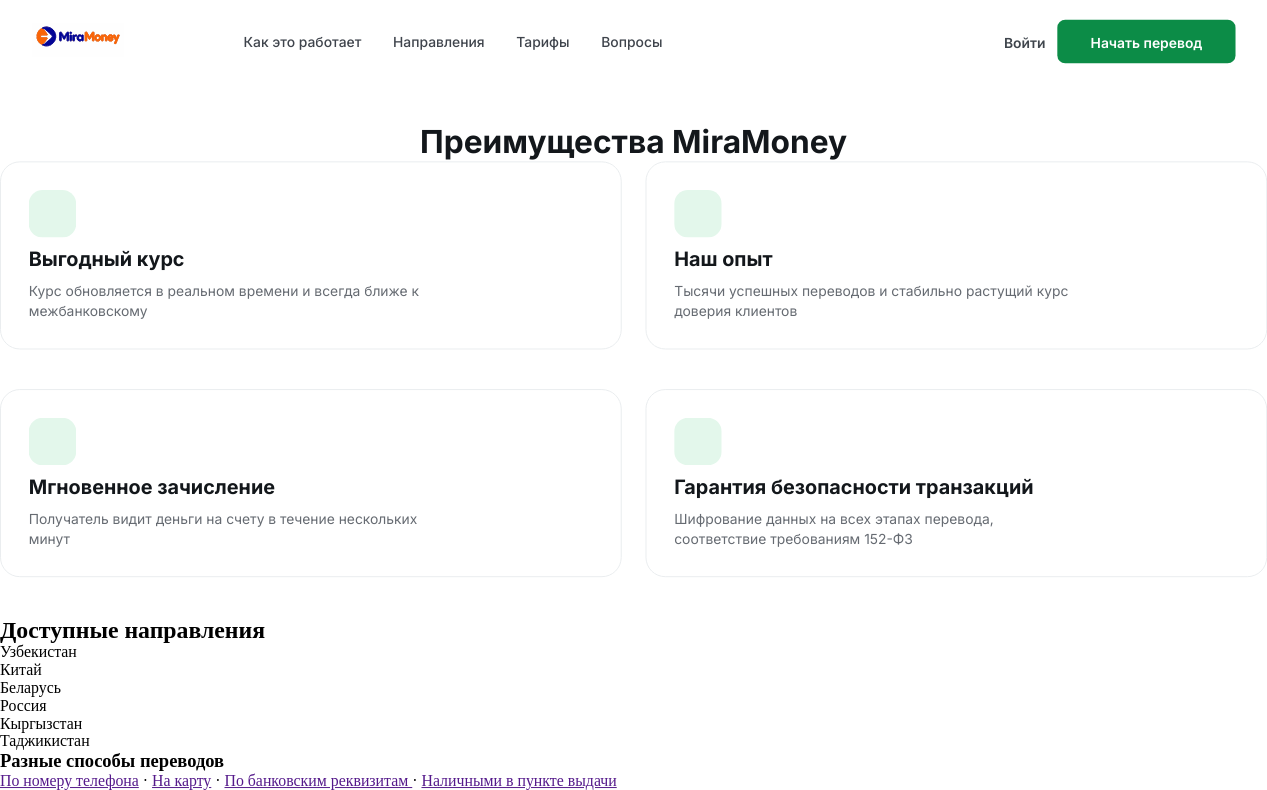
Repository: Shaiyr1/mira-money
Page: index.html
These files come from the project's save history. The page is drawn as it stood at one moment and after the next save; the edit follows.
The browser window is 1280 px wide. The pictures show the whole page, at 99% of full size.

Above is the page before, as saved 2026-10-20 16:48:35.

### index.html
<!DOCTYPE html>
<html lang="en">
<head>
    <meta charset="UTF-8">
    <meta http-equiv="X-UA-Compatible" content="IE=edge">
    <meta name="viewport" content="width=device-width, initial-scale=1.0">
    <link rel="stylesheet" href="/src/css/style.css">
    <title>Document</title>
</head>
<body>
    <header class="header">
        <nav class="header-nav">
            <a class="header-nav__link" href="">
                <img class="header-nav__link-logo" src="./src/img/logo.svg" alt="logo">
            </a>
            <ul class="header-nav__ul">
                <li class="header-nav__li">
                    <a class="header-nav__li-link" href="">Как это работает</a>
                </li>
                <li class="header-nav__li">
                    <a class="header-nav__li-link" href="">Направления</a>
                </li>
                <li class="header-nav__li">
                    <a class="header-nav__li-link" href="">Тарифы</a>
                </li>
                <li class="header-nav__li">
                    <a class="header-nav__li-link" href="">Вопросы</a>
                </li>
            </ul>
            <div class="header-nav__sign">
                <a class="header-nav__sign-link" href="">Войти</a>
                <button class="header-nav__sign-btn">Начать перевод</button>
            </div>
        </nav>
    </header>
    <main class="main">
        <section class="home">
            <div class="container">

            </div>
        </section>
        <section class="advantages">
            <div class="container">
                <h2 class="advantages__title">
                    Преимущества MiraMoney
                </h2>
                <div class="advantages-blocks">
                    <div class="advantages-block">
                        <img class="advantages-block__icon" src="./src/img/icon.svg" alt="icon">
                        <h5 class="advantages-block__title">Выгодный курс</h5>
                        <p class="advantages-block__subtitle">Курс обновляется в реальном времени и всегда ближе к межбанковскому</p>
                    </div>
                    <div class="advantages-block">
                        <img class="advantages-block__icon" src="./src/img/icon.svg" alt="icon">
                        <h5 class="advantages-block__title">Наш опыт</h5>
                        <p class="advantages-block__subtitle">Тысячи успешных переводов и стабильно растущий курс доверия клиентов</p>
                    </div>
                </div>
                <div class="advantages-blocks">
                    <div class="advantages-block">
                        <img class="advantages-block__icon" src="./src/img/icon.svg" alt="icon">
                        <h5 class="advantages-block__title">Мгновенное зачисление</h5>
                        <p class="advantages-block__subtitle">Получатель видит деньги на счету в течение нескольких минут</p>
                    </div>
                    <div class="advantages-block">
                        <img class="advantages-block__icon" src="./src/img/icon.svg" alt="icon">
                        <h5 class="advantages-block__title">Гарантия безопасности транзакций</h5>
                        <p class="advantages-block__subtitle">Шифрование данных на всех этапах перевода, соответствие требованиям 152-ФЗ</p>
                    </div>
                </div>
            </div>
        </section>
        <section class="description">
            <div class="container">
                <h2 class="description__title">Доступные направления</h2>
                <div class="description-items">
                    <div class="description-item">
                        <p class="description-item__country">Узбекистан</p>
                    </div>
                    <div class="description-item">
                        <p class="description-item__country">Китай</p>
                    </div>
                    <div class="description-item">
                        <p class="description-item__country">Беларусь</p>
                    </div>
                    <div class="description-item">
                        <p class="description-item__country">Россия</p>
                    </div>
                    <div class="description-item">
                        <p class="description-item__country">Кыргызстан</p>
                    </div>
                    <div class="description-item">
                        <p class="description-item__country">Таджикистан</p>
                    </div>
                </div>
                <div class="description__ways">
                    <h3 class="description__ways-title">Разные способы переводов</h3>
                    <p class="description__ways-subtitle"><a href=""> По номеру телефона</a>  ·  <a href="">На карту</a>  ·  <a href="">По банковским реквизитам </a>  ·  <a href="">Наличными в пункте выдачи</a> </p>
                </div>
            </div>
        </section>
    </main>
</body>
</html>

### src/css/style.css
@import url('https://fonts.googleapis.com/css2?family=Inter:ital,opsz,wght@0,14..32,100..900;1,14..32,100..900&display=swap');

* {
    margin: 0;
    padding: 0;
    box-sizing: border-box;
}

.container {
    width: 1280px;
    margin: 0 auto;
}

.header {}

.header-nav {
    width: 95%;
    height: 84px;
    margin: 0 auto;
    display: flex;
    align-items: center;
}

.header-nav__link {}

.header-nav__link-logo {}

.header-nav__ul {
    margin-left: 120px;
    display: flex;
    align-items: center;
    gap: 32px;
}

.header-nav__li {
    list-style-type: none;
}

.header-nav__li-link {
    text-decoration: none;
    color: #3f444c;
    font-size: 14px;
    font-family: Inter;
    font-weight: 500;
    transition: 0.4s;
}

.header-nav__li-link:hover {
    color: #0c8c47;
    transition: 0.4s;
    font-size: 14.5px;
}

.header-nav__sign {
    margin-left: auto;
    display: flex;
    align-items: center;
    gap: 12px;
}

.header-nav__sign-link {
    text-decoration: none;
    color: #3f454c;
    font-size: 14px;
    font-family: Inter;
    font-weight: 600;
    transition: 0.4s;
}

.header-nav__sign-link:hover {
    color: #0c8c47;
    transition: 0.4s;
    font-size: 14.5px;

}

.header-nav__sign-btn {
    background-color: #0c8c47;
    width: 180px;
    height: 44px;
    border-radius: 8px;
    color: #ffffff;
    font-size: 14px;
    font-family: Inter;
    font-weight: 600;
    border: none;
    cursor: pointer;
    transition: 0.4s;
}

.header-nav__sign-btn:hover {
    background-color: rgb(0, 96, 0);
    transition: 0.4s;
}



.advantages {
    padding-top: 40px;
}

.advantages__title {
    color: #13171b;
    text-align: center;
    font-size: 32px;
    font-family: Inter;
    font-weight: 700;
}

.advantages-blocks {
    width: 100%;
    display: flex;
    align-items: center;
    gap: 24px;
    margin-bottom: 40px;
}

.advantages-block {
    width: 50%;
    border: 1px solid #eaedef;
    border-radius: 20px;
    padding: 28px;
    display: flex;
    flex-direction: column;
    align-items: flex-start;
    gap: 10px;
}

.advantages-block__icon {}

.advantages-block__title {
    color: #13171b;
    font-size: 20px;
    font-family: Inter;
    font-weight: 700;

}

.advantages-block__subtitle {
    width:400px;
    color: #666b72;
    text-align: left;
    font-size: 14px;
    font-family: Inter;
    line-height: 20px;
}




.description {
}

.description__title {
}
.description-items {
    p
}
.description-item {
}
.description-item__country {
}
.description__ways {
}
.description__ways-title {
}
.description__ways-subtitle {
}

After the next save:
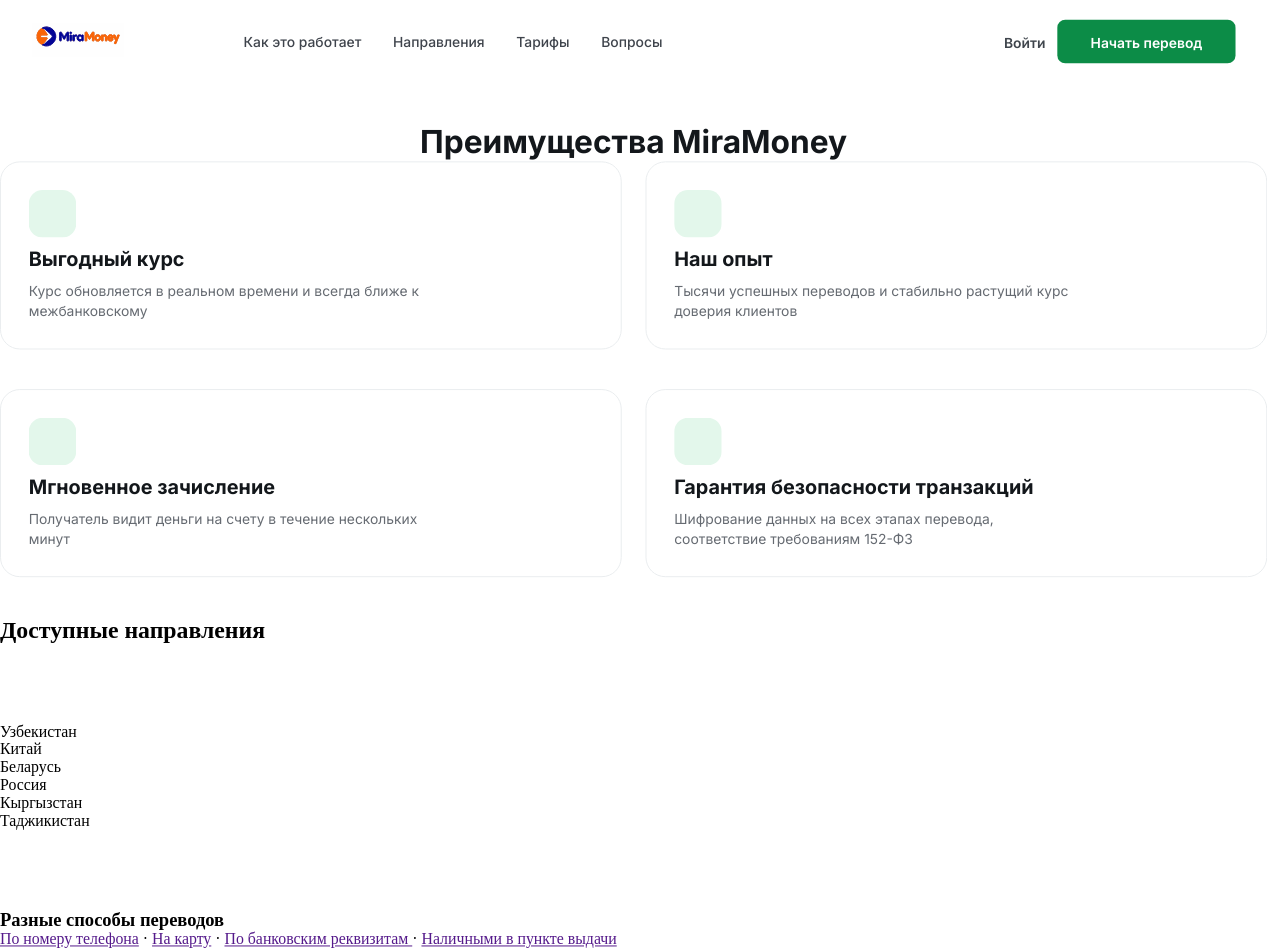
Saved 4 s later.
--- a/src/css/style.css
+++ b/src/css/style.css
@@ -154,7 +154,7 @@
 .description__title {
 }
 .description-items {
-    p
+    padding: 80px 0;
 }
 .description-item {
 }
